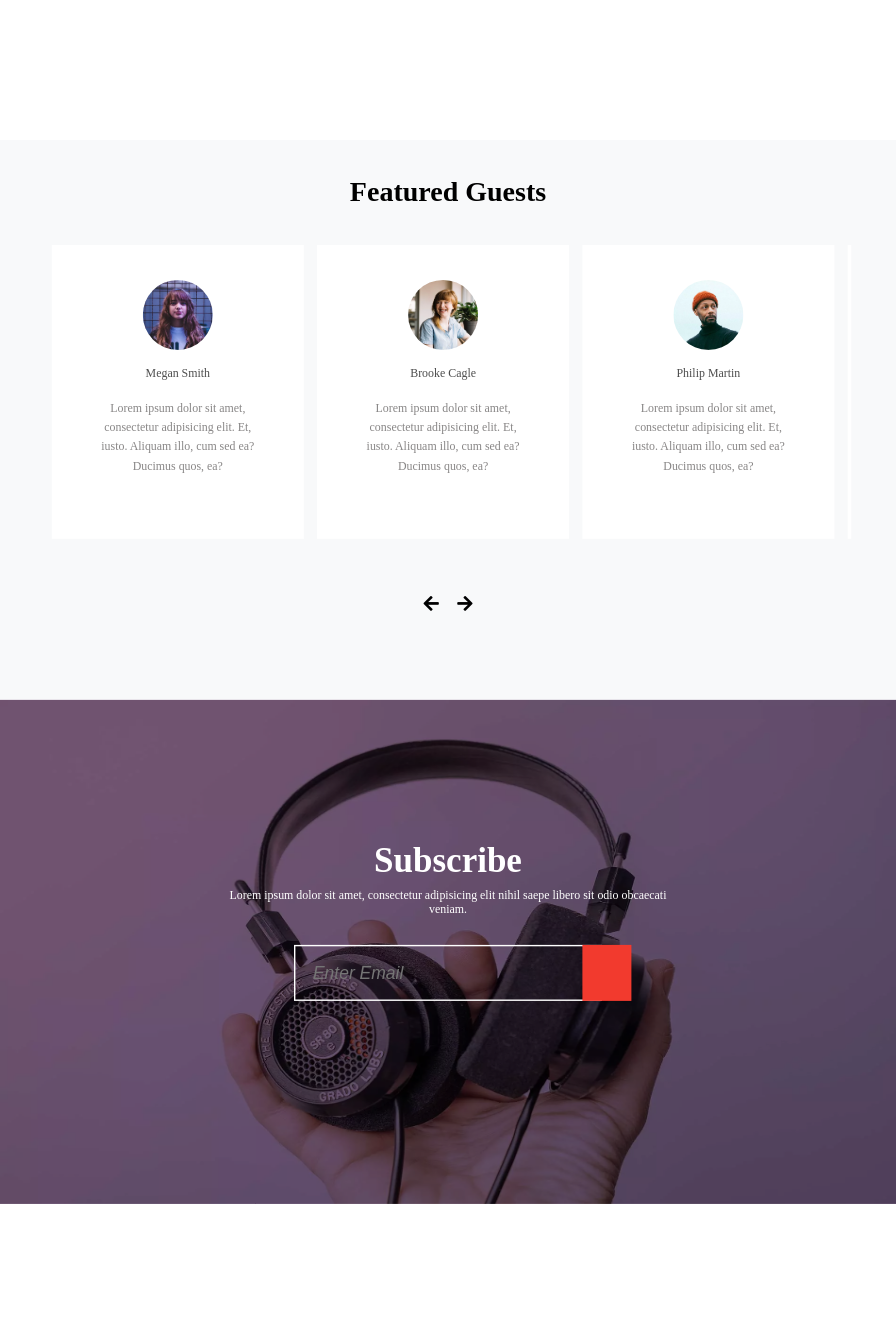
Repository: nhutduy0803/template2
Page: index.html
An editor plug-in stored every save of this project. The page is shown before and after the next save, followed by the edit.
The browser window is 1280 px wide. The pictures show the part of the page from y = 3797 to 5717 px (the page is 5717 px tall), at 70% of full size.

Above is the page before, as saved 2021-12-10 11:24:33.

After the next save:
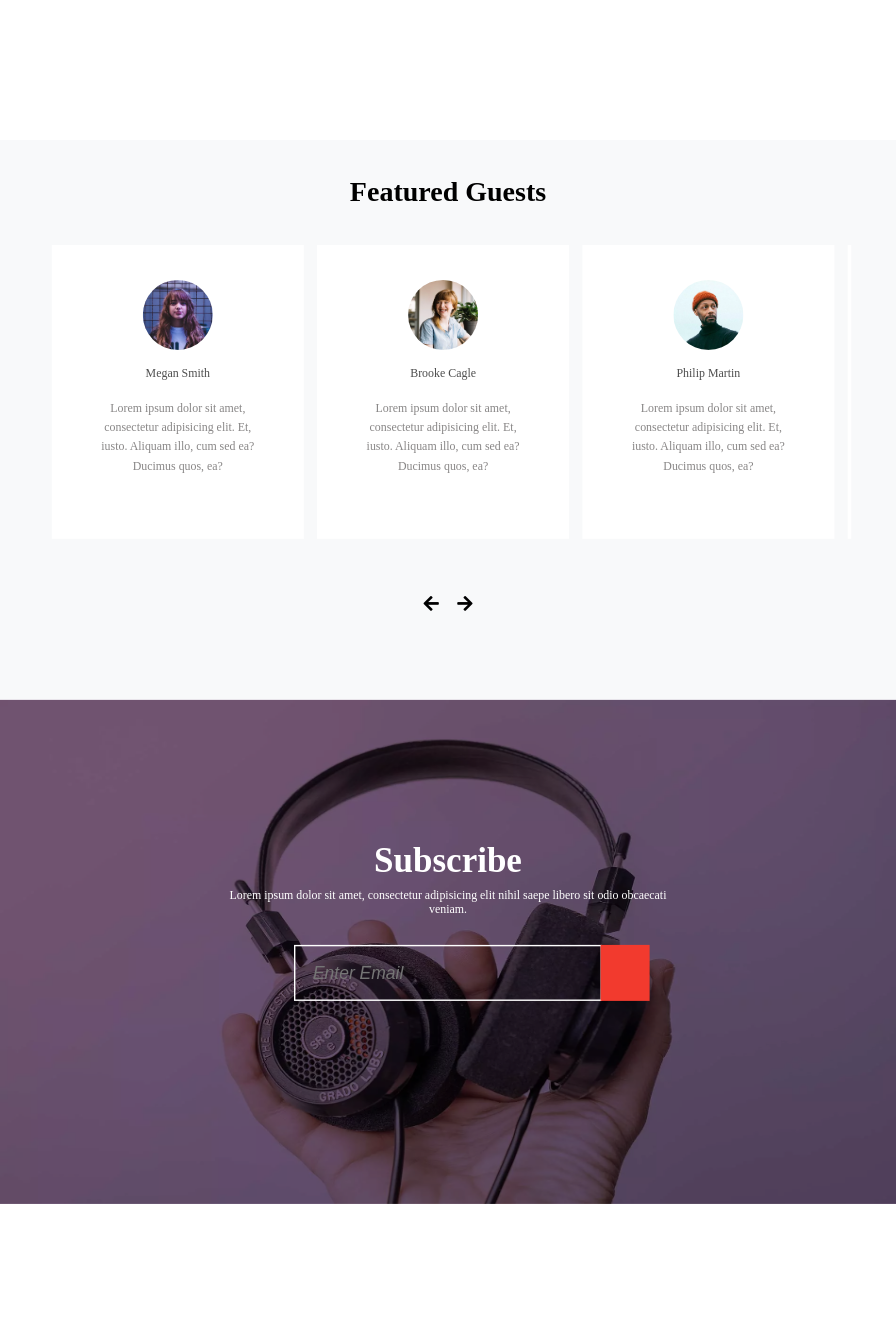
Saved 10 s later.
--- a/assets/css/style.css
+++ b/assets/css/style.css
@@ -774,7 +774,7 @@
 
 .send-input {
   top: 150px;
-  left: 65%;
+  left: 67%;
   width: 70px;
   position: absolute;
   height: 80px;
